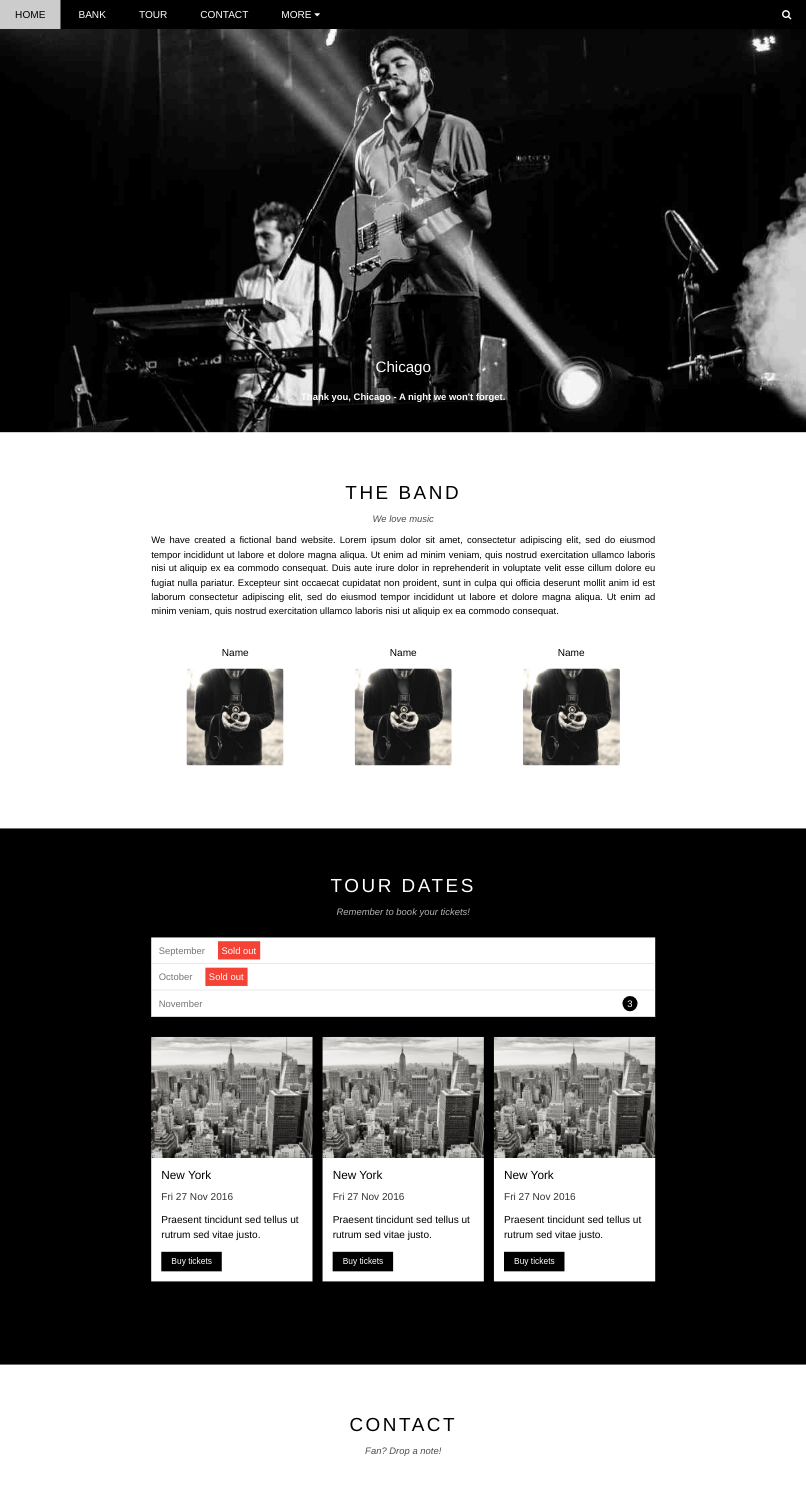
Repository: vuongtm1999/TheBand_W3School
Page: index.html
The author's editor kept a copy of each file at every save. The page is drawn from the files as they stood at one save, then again after the next save.
The browser window is 1280 px wide. The pictures show the whole page, at 63% of full size.

Above is the page before, as saved 2022-08-28 09:09:31.

After the next save:
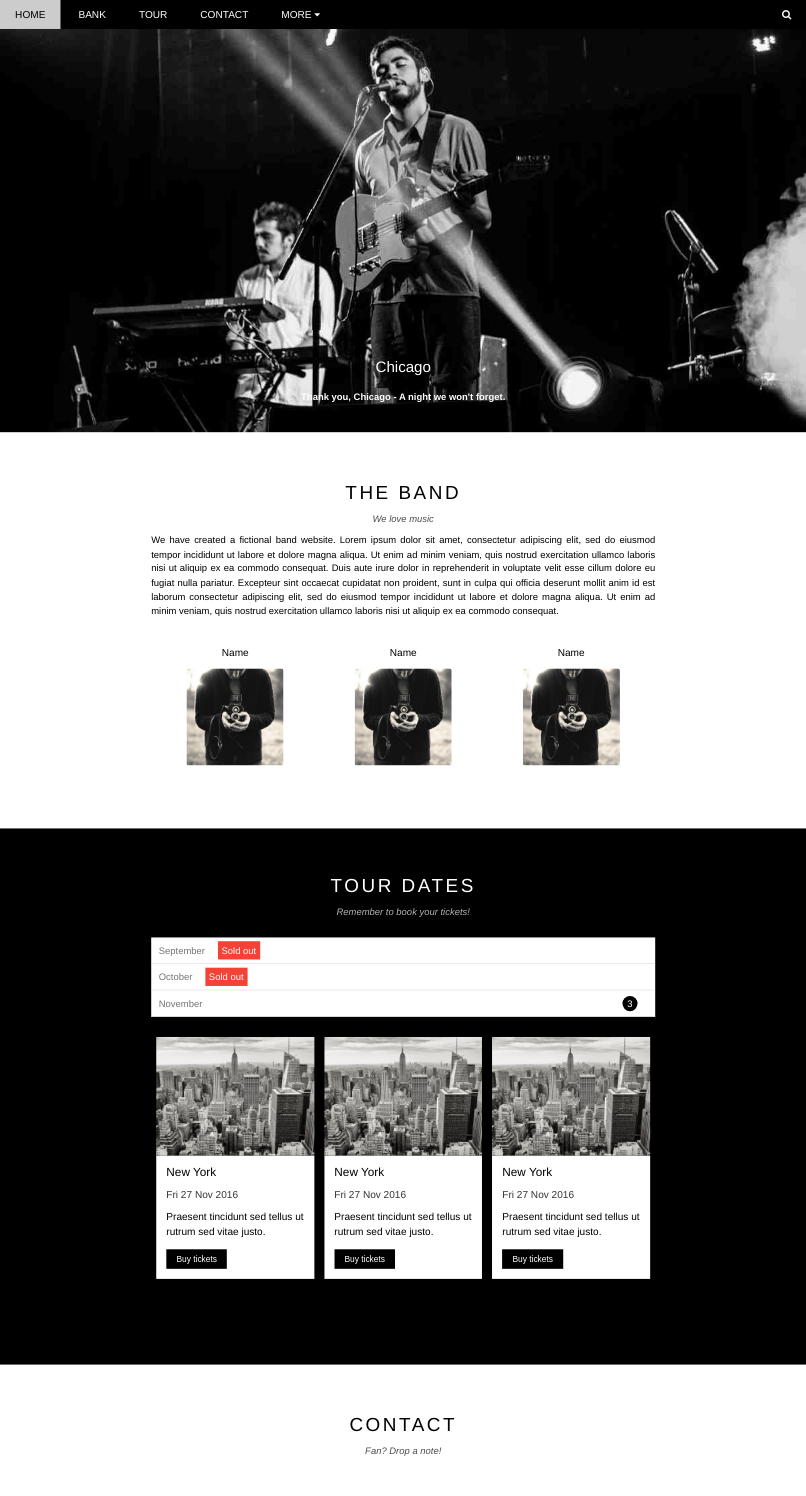
Saved 2 min 22 s later.
--- a/assets/css/style.css
+++ b/assets/css/style.css
@@ -293,8 +293,6 @@ a{
 .place-ticket{
     /* margin-top: 32px; */
     padding-top: 32px;
-    margin-left: -8px;
-    margin-right: -8px;
 }
 
 .place-item{
